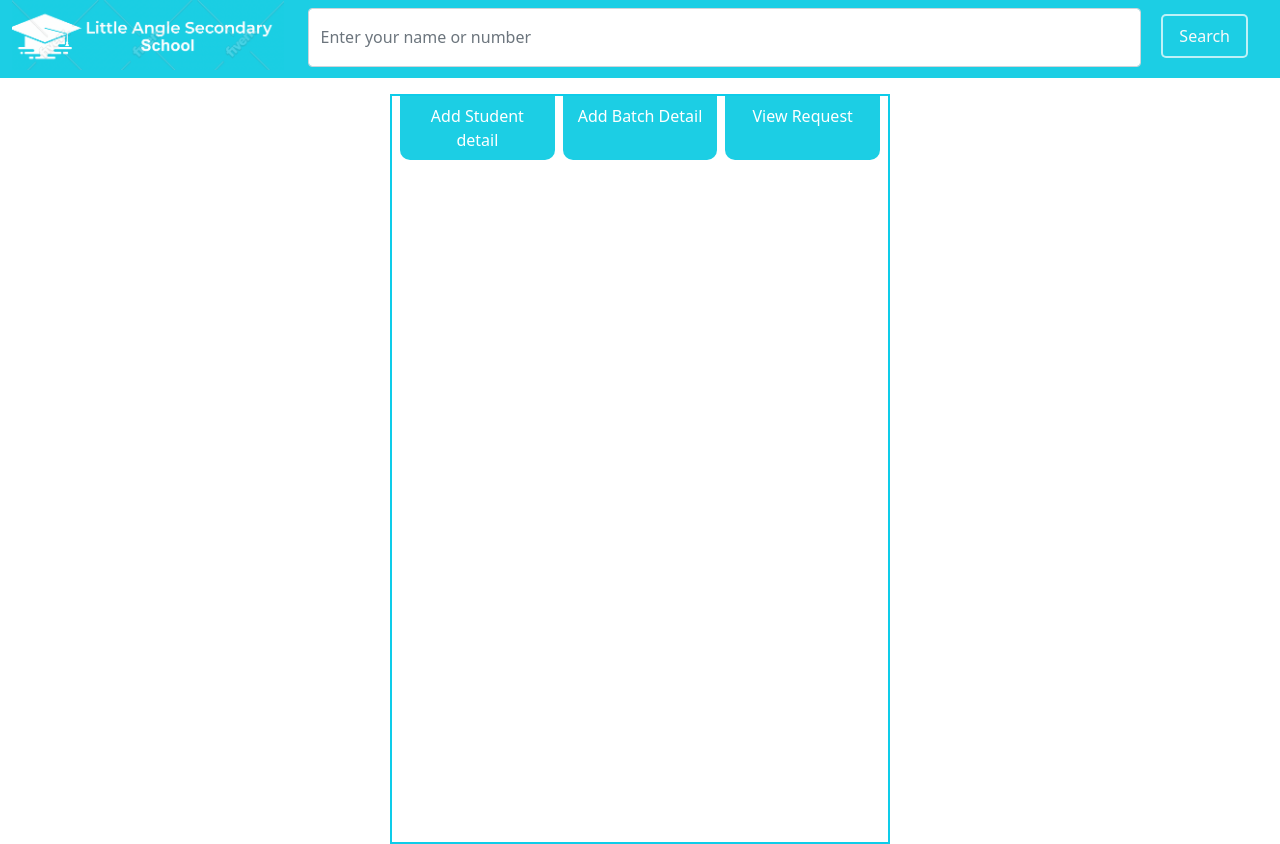
Repository: Sjuicyy/School-Project
Page: home2.html
The author's editor kept a copy of each file at every save. The page is drawn from the files as they stood at one save, then again after a run of saves.
The browser window is 1280 px wide. The pictures show the whole page.

Above is the page before, as saved 2022-09-18 09:22:49.

### home2.html
<!doctype html>
<html lang="en">

<head>
    <!-- Required meta tags -->
    <meta charset="utf-8">
    <meta name="viewport" content="width=device-width, initial-scale=1">

    <!-- Bootstrap CSS -->
    <link href="https://cdn.jsdelivr.net/npm/bootstrap@5.0.2/dist/css/bootstrap.min.css" rel="stylesheet"
        integrity="sha384-EVSTQN3/azprG1Anm3QDgpJLIm9Nao0Yz1ztcQTwFspd3yD65VohhpuuCOmLASjC" crossorigin="anonymous">

    <link rel="stylesheet" href="https://cdnjs.cloudflare.com/ajax/libs/font-awesome/4.7.0/css/font-awesome.min.css">


    <style>
        .row0 div {
            width: auto;
            display: flex;
        }

        .img {
            height: 70px;
            width: 100%;
        }


        .btn1:hover {
            background-color: rgb(38, 178, 196);
        }

        .action {
            width: 170px;
            height: 1000px;
            border-right: 2px solid rgb(38, 178, 196);
            overflow: hidden;
        }

        .action a {
            color: rgb(38, 178, 196);
            padding: 5px;
            display: flex;
            width: 140px;
            margin-top: 10px;
            margin-left: 5px;
            text-decoration: none;
            border: 1px solid rgb(38, 178, 196);
            border-radius: 3px;
        }

        .action p {
            float: left;
            color: rgb(14, 204, 233);
            font-size: x-large;
        }


        .modalfloat {
            border: 2px solid rgb(14, 204, 233);
            margin: auto;
            width: 500px;
            height: 750px;
            position: relative;
        }

        .addbtn:hover {
            background-color: rgba(20, 192, 219, 0.576);
        }



        .footer {
            background-color: rgb(77, 219, 219);
            position: fixed;
            width: 100%;
            bottom: 0;
            height: 15%;
            overflow: AUTO;
            color: rgb(255, 255, 255);
            margin-left: -12px;
        }

        .footer::-webkit-scrollbar {
            display: none;
        }


        .fb {

            width: 160px
        }

        .fa {
            font-size: xx-large;
            padding: 4px;
            margin: 2px;
            width: 40px;
            text-decoration: none;
        }

        .fa-facebook {
            background: #3B5998;
            color: white;
        }

        .fa-twitter {
            background: #55ACEE;
            color: white;
        }

        .fa-google {
            background: #dd4b39;
            color: white;
        }

        .fa-youtube {
            background: #bb0000;
            color: white;
        }

        .fa-instagram {
            background: #125688;
            color: white;
        }

        .bd {
            border: 1px solid rgb(14, 204, 233);
        }

        .color {
            background-color: rgb(28, 206, 228);
        }

        .btn1 {
            margin: 20px;
            margin-top: 14px;
            border: 2px solid rgba(255, 255, 255, 0.715);
            border-radius: 5px;
        }

        a {
            text-decoration: none;
            color: white;
        }

        a:hover {
            color: rgb(10, 15, 57);
        }

        .action_border {
            border-bottom-right-radius: 10px;
            border-bottom-left-radius: 10px;
        }

        [id^=modal] {
            display: none;
        }

        #modal1:target {
            display: block;
        }

        #modal2:target {
            display: block;
        }
    </style>
    <title>Little Angle School</title>
</head>

<body>
    <!-- heading start -->
    <div class="container-fluid text-center">
        <div class="row row0 color">
            <div class="col-3">
                <a href="pages.html">
                    <img class="img" src="/school.png" alt="">
                </a>
            </div>
            <div class="col">
                <input class="form-control mt-2 h-75 " type="search" placeholder="Enter your name or number "
                    aria-label="Search">
                <button class="btn1 color  text-light px-3 p-2" type="submit">Search</button>
                </form>
            </div>
        </div>

        <!-- heading end -->

        <!-- modal body start -->

        <!-- action start  -->

        <form class="modalfloat mt-3">
            <div class="row mx-1 ">
                <div class="col p-2 mx-1 text-light color action_border"><a href="#modal1">Add Student detail</a></div>
                <div class="col p-2 mx-1 text-light color action_border"><a href="#modal2">Add Batch Detail</a></div>
                <div class="col p-2 mx-1 text-light color action_border"><a href="">View Request</a></div>
            </div>




            <!-- action end  -->


            <!-- modal 1 start  -->


            <div id="modal1">
                <div class="m-3">
                    <div>
                        <p class="h2 p-1 text-light color">Add Student name</p>
                    </div>
                    <div>
                        <label for="name" class="form-label float-start">ID</label>
                        <input type="number" class="form-control" name="Id" id="id">
                    </div>
                    <div class="col-12">
                        <label for="name" class="form-label float-start">Full Name</label>
                        <input type="text" class="form-control" id="name">
                    </div>
                    <div class="col-md-12">
                        <label for="class" class="form-label float-start">Class</label>
                        <input type="number" class="form-control" id="class">
                    </div>
                    <div class="col-md-12">
                        <label for="email" class="form-label float-start">Email</label>
                        <input type="email" class="form-control" id="email">
                    </div>
                    <div class="col-12">
                        <label for="gname" class="form-label float-start">Guardian Name</label>
                        <input type="text" class="form-control" id="guardianname">
                    </div>
                    <div class="col-12">
                        <label for="address" class="form-label float-start">Address</label>
                        <input type="text" class="form-control" id="inputAddress" placeholder="Lagankhel-5, Lalitpur">
                    </div>
                    <div class="col-1 mt-4">
                        <input type="file" id="photo" name="photo" accept="image/*">
                    </div>
                    <div class="col-md-6 mt-3">
                        <label for="dob" class="form-label float-start">Date of Birth</label>
                        <input type="date" class="form-control" id="dob">
                    </div>

                    <div class="col-12">
                        <div class="form-check">
                            <button type="submit" class="btn btn-primary col-12 mt-3 color addbtn p-2">Add</button>
                        </div>
                    </div>
                </div>
            </div>




            <!-- modal 1 end  -->



            <!-- modal2 start -->


            <div id="modal2">
                <div class="m-3">

                    <div>
                        <p class="h2 p-1 text-light color">Add Batch Detail</p>

                    </div>
                    <div class="col-12 ">
                        <label for="name" class="form-label float-start">ID</label>
                        <input type="number" class="form-control" id="id" placeholder="">
                    </div>
                    <div class="col-md-12">
                        <label for="name" class="form-label float-start">Full Name</label>
                        <input type="text" class="form-control" id="name">
                    </div>
                    <div class="col-md-12">
                        <label for="email" class="form-label float-start">Email</label>
                        <input type="email" class="form-control" id="email">
                    </div>
                    <div class="col-12">
                        <label for="gname" class="form-label float-start">Passed Year</label>
                        <input type="text" class="form-control" id="guardianname">
                    </div>
                    <div class="col-12">
                        <div class="form-check">
                            <button type="submit" class="btn btn-primary col-12 mt-3 color addbtn p-2">Add</button>
                        </div>
                    </div>
                </div>
            </div>


            <!-- modal 2 end -->

        </form>






        <!-- footer start -->


        <!-- <div class="footer">
            <div class="row ">
                <div class="col mx-2 mt-2" style="text-align:left"> <b>Little Angle-2022 © All Right Reserved</b> </div>
                <div class="col mx-2 mt-2" style="text-align:right">
                    <p> <b>Designed By :- SafaBajar InfoTech Pvt. Ltd.</b> </p>
                </div>
            </div>
            <div class="row mx-2">
                <div class="col-2  fb" style="text-align:left;margin-top:25px">Contact Us</div>
                <div class="col-2  fb" style="text-align:left;margin-top:25px">Privacy Policies</div>
                <div class="col-2  fb" style="text-align:left;margin-top:25px">Terms of Services</div>
                <div class="col  fb" style="text-align:left"></div>
                <div class="col-6 fb" style="text-align:center;width:300px">
                    <p style="margin-top: -10px;"> <b>Connect With Us:</b> </p>
                    <a href="https:/.facebook.com/search/top?q=safabazar%20private%20limited" class="fa fa-facebook"
                        style="text-align:center;margin-top:-10px"></a>
                    <a href="#" class="fa fa-twitter"></a>
                    <a href="#" class="fa fa-google"></a>
                    <a href="#" class="fa fa-youtube"></a>
                    <a href="#" class="fa fa-instagram"></a>
                </div>
            </div>

        </div> -->

    </div>

    </div>












    <!-- Optional JavaScript; choose one of the two! -->

    <!-- Option 1: Bootstrap Bundle with Popper -->
    <script src="https://cdn.jsdelivr.net/npm/bootstrap@5.0.2/dist/js/bootstrap.bundle.min.js"
        integrity="sha384-MrcW6ZMFYlzcLA8Nl+NtUVF0sA7MsXsP1UyJoMp4YLEuNSfAP+JcXn/tWtIaxVXM"
        crossorigin="anonymous"></script>

    <!-- Option 2: Separate Popper and Bootstrap JS -->
    <!--
    <script src="https://cdn.jsdelivr.net/npm/@popperjs/core@2.9.2/dist/umd/popper.min.js" integrity="sha384-IQsoLXl5PILFhosVNubq5LC7Qb9DXgDA9i+tQ8Zj3iwWAwPtgFTxbJ8NT4GN1R8p" crossorigin="anonymous"></script>
    <script src="https://cdn.jsdelivr.net/npm/bootstrap@5.0.2/dist/js/bootstrap.min.js" integrity="sha384-cVKIPhGWiC2Al4u+LWgxfKTRIcfu0JTxR+EQDz/bgldoEyl4H0zUF0QKbrJ0EcQF" crossorigin="anonymous"></script>
    -->
</body>

</html>

After the next 6 saves:
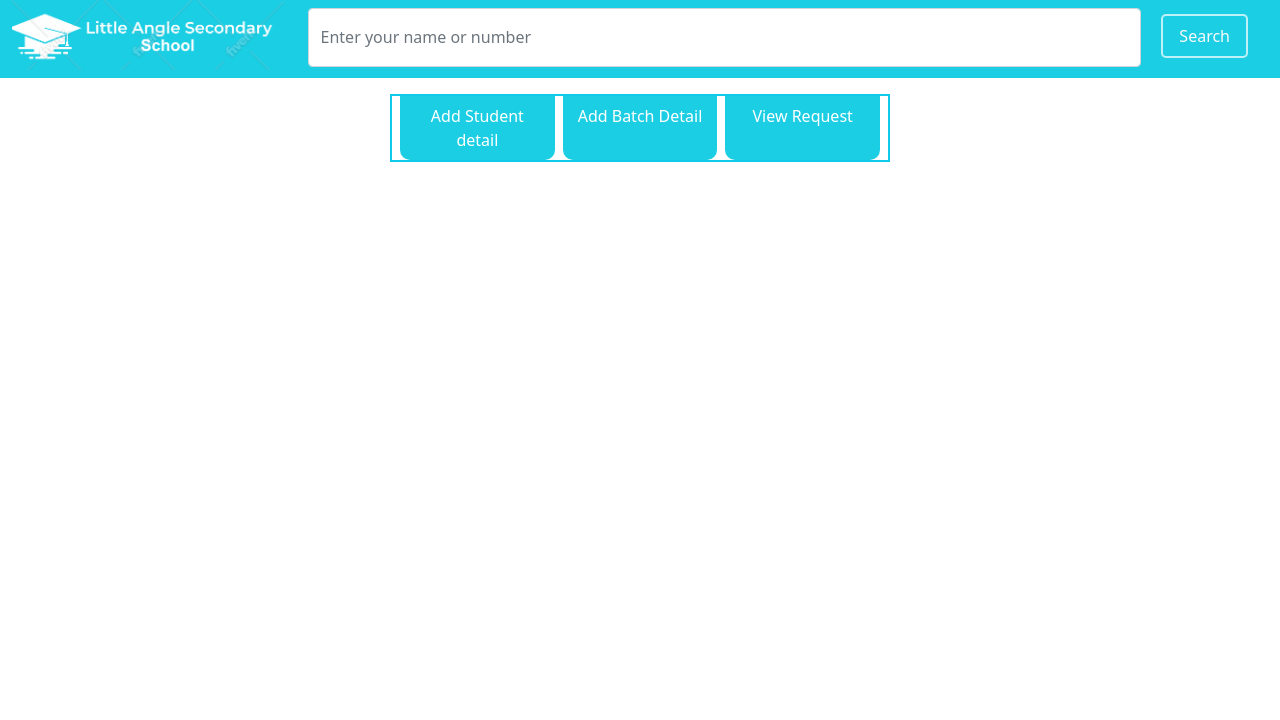
The 6 saves are shown as one change because they came seconds apart.
The last was saved 19 s later.
--- a/home2.html
+++ b/home2.html
@@ -59,8 +59,7 @@
             border: 2px solid rgb(14, 204, 233);
             margin: auto;
             width: 500px;
-            height: 750px;
-            position: relative;
+
         }
 
         .addbtn:hover {
